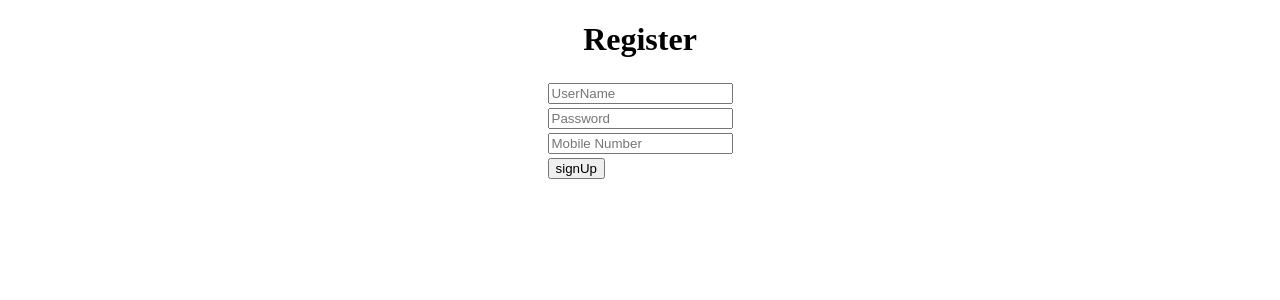
Repository: neethiarasan30/jsp-Servlets-crud-operation
Page: http://localhost/JavaFullStack/Register.jsp
These files come from the project's save history. The page is drawn as it stood at one moment and after the next save; the edit follows.
The browser window is 1280 px wide. The pictures show the whole page.
The page is served by Tomcat 9.

Above is the page before, as saved 2024-07-12 09:52:35.

After the next save:
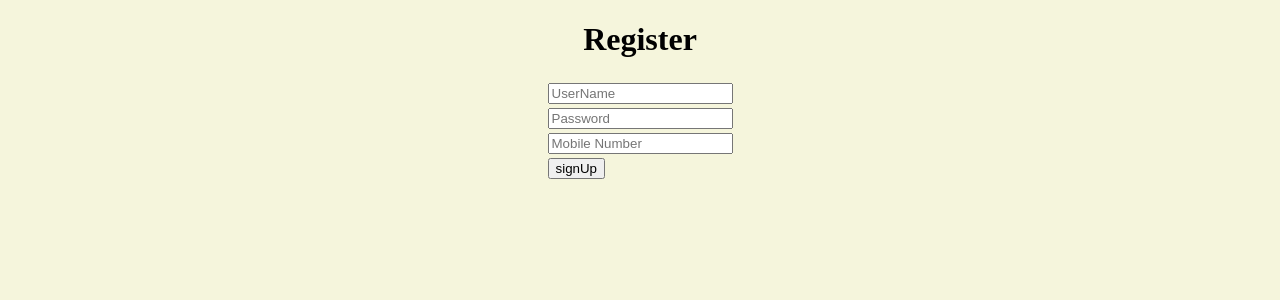
Saved 29 s later.
--- a/JavaFullStack/src/main/webapp/Register.jsp
+++ b/JavaFullStack/src/main/webapp/Register.jsp
@@ -5,6 +5,43 @@
 <head>
 <meta charset="ISO-8859-1">
 <title>Insert title here</title>
+<style type="text/css">
+
+	body{
+		background-color:beige;
+	}
+
+</style>
+
+<script type="text/javascript">
+
+	function myfunction(){
+		let username = document.getElementById("username").value
+
+		let password = document.getElementById("password").value
+
+		let mob = document.getElementById("mob").value
+
+		if(username == "")
+			{
+				alert("Username cannot be empty")
+				return false
+			}
+		if(password == "")
+			{
+				alert("Password cannot be empty")
+				return false
+			}
+		if(mob == "")
+		{
+			alert("Mobile Number cannot be empty")
+			return false
+		}
+
+	}
+
+</script>
+
 </head>
 <body>
 
